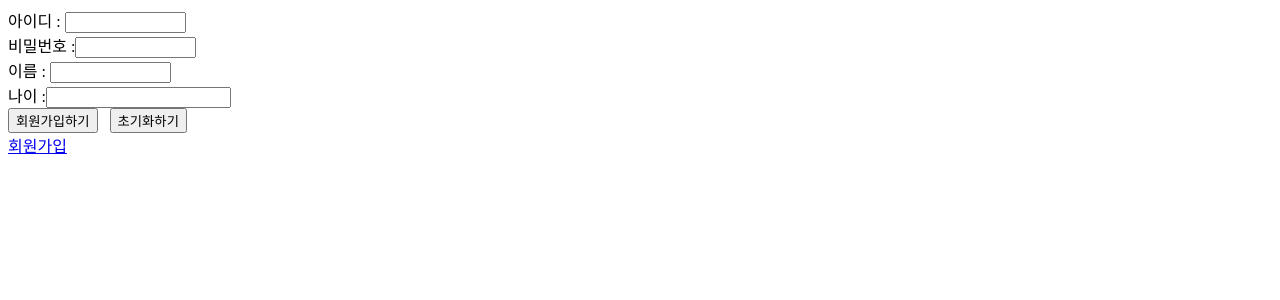
Repository: lee-ruru/jsp_practice
Page: http://localhost/JSPBasic/JspObject/1.requests/req_join_form.jsp
These files come from the project's save history. The page is drawn as it stood at one moment and after a run of saves; the edit follows.
The browser window is 1280 px wide. The pictures show the whole page.
The page is served by Tomcat 9.

Above is the page before, as saved 2022-02-04 02:28:06.

After the next 2 saves:
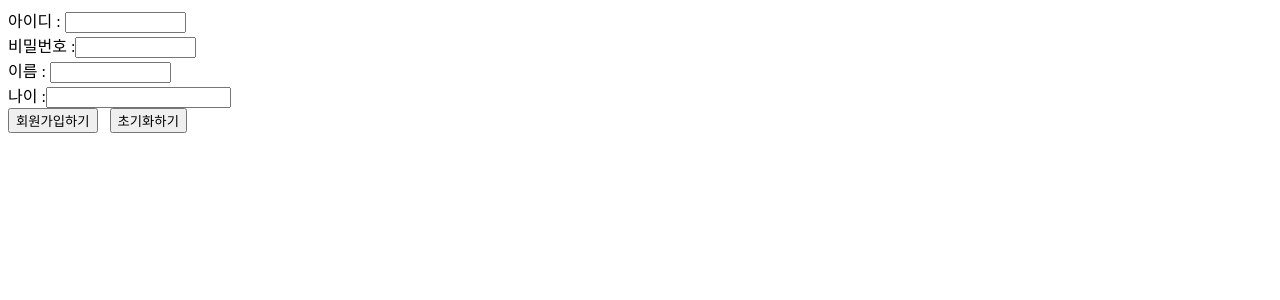
The 2 saves are shown as one change because they came seconds apart.
The last was saved 24 s later.
--- a/JSPBasic/src/main/webapp/JspObject/1.requests/req_join_form.jsp
+++ b/JSPBasic/src/main/webapp/JspObject/1.requests/req_join_form.jsp
@@ -11,11 +11,10 @@
 	아이디 : <input type="text" name="id" size="12px"/><br/>
 	비밀번호 :<input type="password" name="pw" size="12px"/><br/>
 	이름 : <input type="text" name="name" size="12px"/><br/>
-	나이 :<input type="number" name="age"/><br/>
+	나이 :<input type="number" name="age" size="8px"/><br/>
 
 	<input type = "submit" value="회원가입하기"/> &nbsp;
 	<input type = "reset" value = "초기화하기"/>
 	</form>
-	<a href = "req_join_form.jsp">회원가입</a>
 </body>
 </html>
